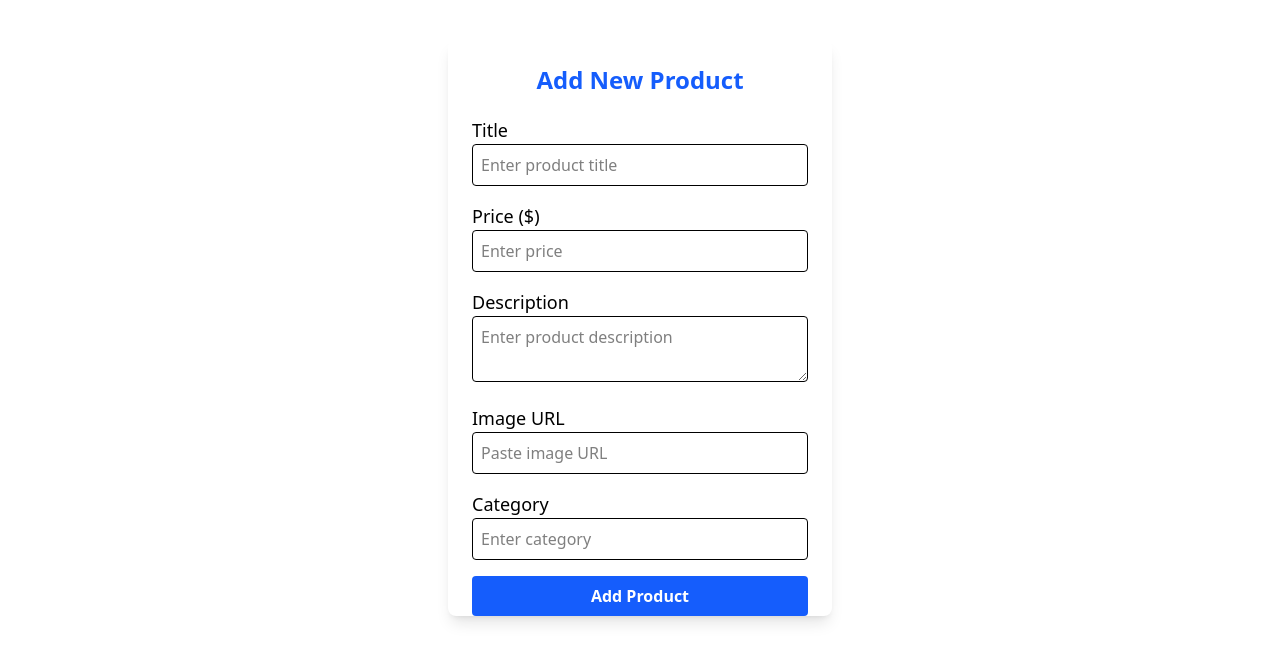
Repository: Habeebur1493/React-App
Page: /add-products
An editor plug-in stored every save of this project. The page is shown before and after the next save, followed by the edit.
The browser window is 1280 px wide. The pictures show the whole page.
The page's requests for data from a server got no answer. The project was rebuilt for these pictures with package versions that can differ from the ones it lists, and the page was loaded fresh each time. No one was signed in, and anything a server would have sent is missing. Also part of the build but not shown: vite.config.js, src/Components/Login.jsx, src/Components/Nav.jsx, src/Components/Loading.jsx, src/Components/Home.jsx, src/Components/Details.jsx, src/Components/About.jsx, src/Components/Services.jsx and 2 more.

Above is the page before, as saved 2025-02-01 15:20:19.

After the next save:
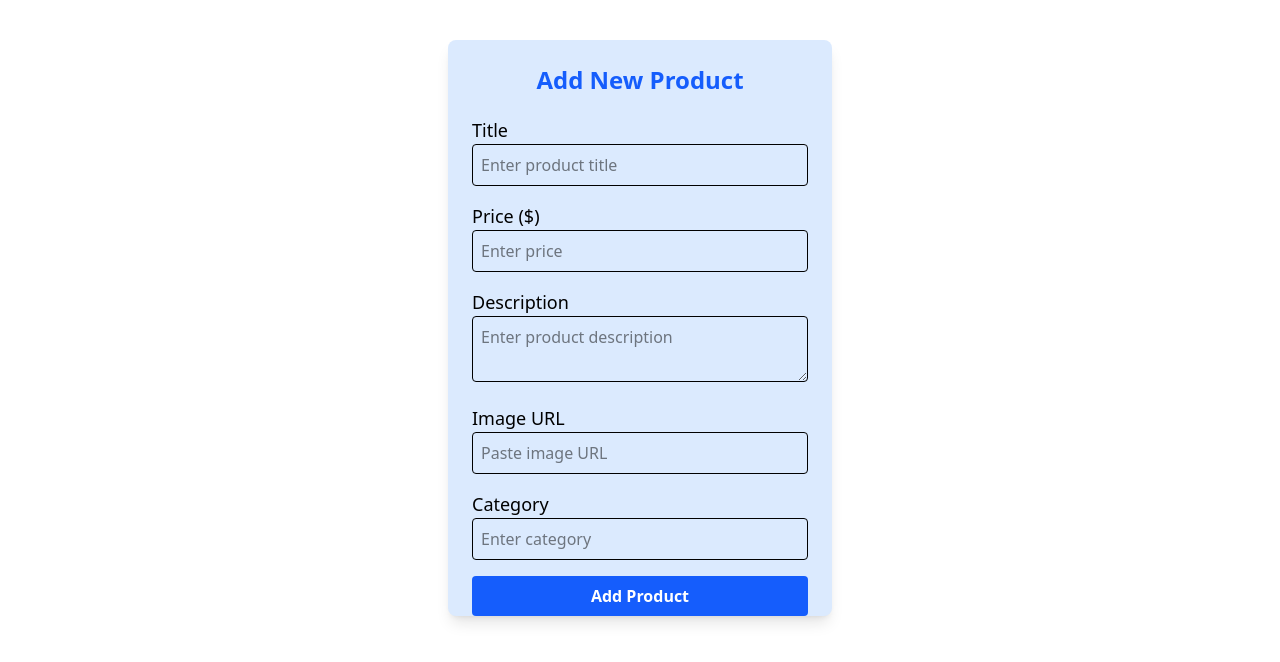
Saved 12 s later.
--- a/src/Components/Addproducts.jsx
+++ b/src/Components/Addproducts.jsx
@@ -52,7 +52,7 @@ const AddProduct = ({ selectedProduct, setSelectedProduct }) => {
   };
 
   return (
-    <div className='w-[30%] h-[80%] mx-auto bg-white p-6 rounded-lg shadow-lg mt-10'>
+    <div className='w-[30%] h-[80%] mx-auto bg-blue-100 p-6 rounded-lg shadow-lg mt-10'>
       <h2 className='text-2xl font-bold mb-5 text-center text-blue-600'>
         {selectedProduct ? "Update Product" : "Add New Product"}
       </h2>
